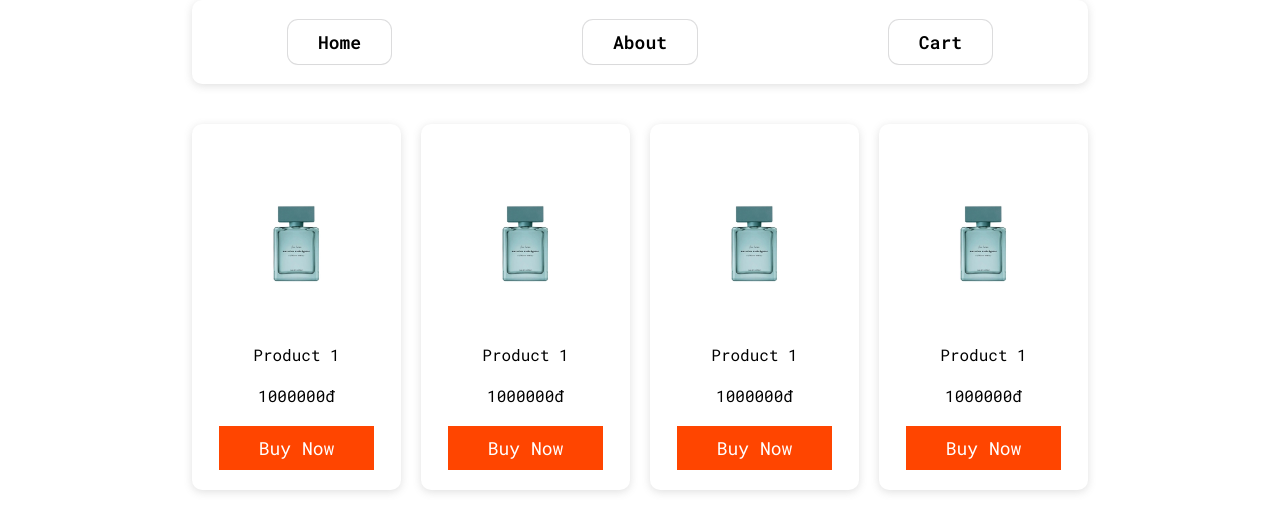
Repository: tuankiet10920/vuejs
Page: /
An editor plug-in stored every save of this project. The page is shown before and after the next save, followed by the edit.
The browser window is 1280 px wide. The pictures show the whole page.
The project was rebuilt for these pictures with package versions that can differ from the ones it lists, and the page was loaded fresh each time. Also part of the build but not shown: vite.config.js.

Above is the page before, as saved 2024-08-24 12:00:33.

After the next save:
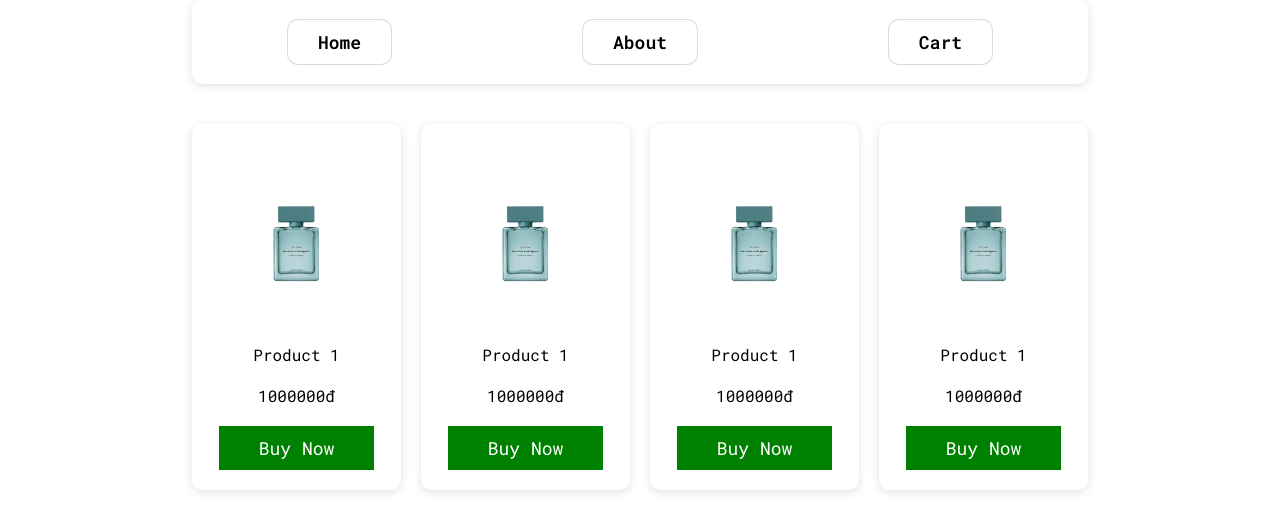
Saved 31 s later.
--- a/src/components/button.vue
+++ b/src/components/button.vue
@@ -1,5 +1,3 @@
-
-
 <template>
     <button type="button" class="button-component">
         Buy Now
@@ -7,17 +5,18 @@
 </template>
 
 <style scoped>
-    .button-component{
-        border: none;
-        background: orangered;
-        color: #fff;
-        font-size: 18px;
-        padding: 10px 40px;
-        transition: all .3s ease-in-out;
-        width: fit-content;
-    }
-    .button-component:hover{
-        background: brown;
-        border-radius: 20px;
-    }
+.button-component {
+    border: none;
+    background: green;
+    color: #fff;
+    font-size: 18px;
+    padding: 10px 40px;
+    transition: all .3s ease-in-out;
+    width: fit-content;
+}
+
+.button-component:hover {
+    background: brown;
+    border-radius: 20px;
+}
 </style>
